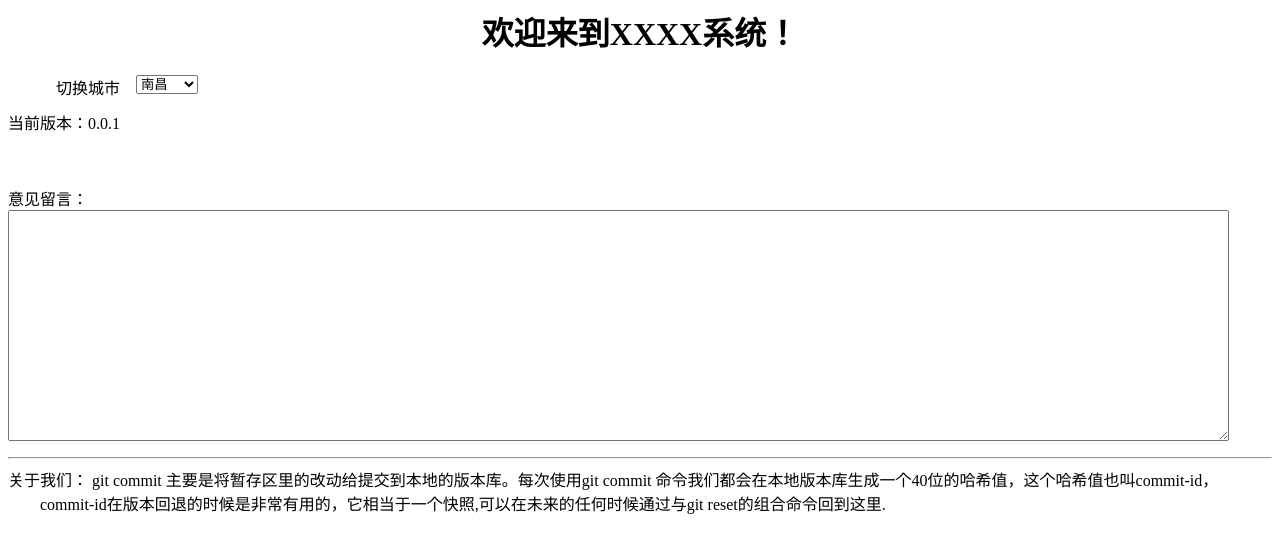
Repository: never-404/Intelligent-recommendation-system
Page: http://localhost/Intelligent-recommendation-system/mine.jsp
These files come from the project's save history. The page is drawn as it stood at one moment and after the next save; the edit follows.
The browser window is 1280 px wide. The pictures show the whole page.
The page is served by Tomcat 9. Nobody is signed in. The application's start-up code is not run.

Above is the page before, as saved 2019-04-12 10:05:30.

After the next save:
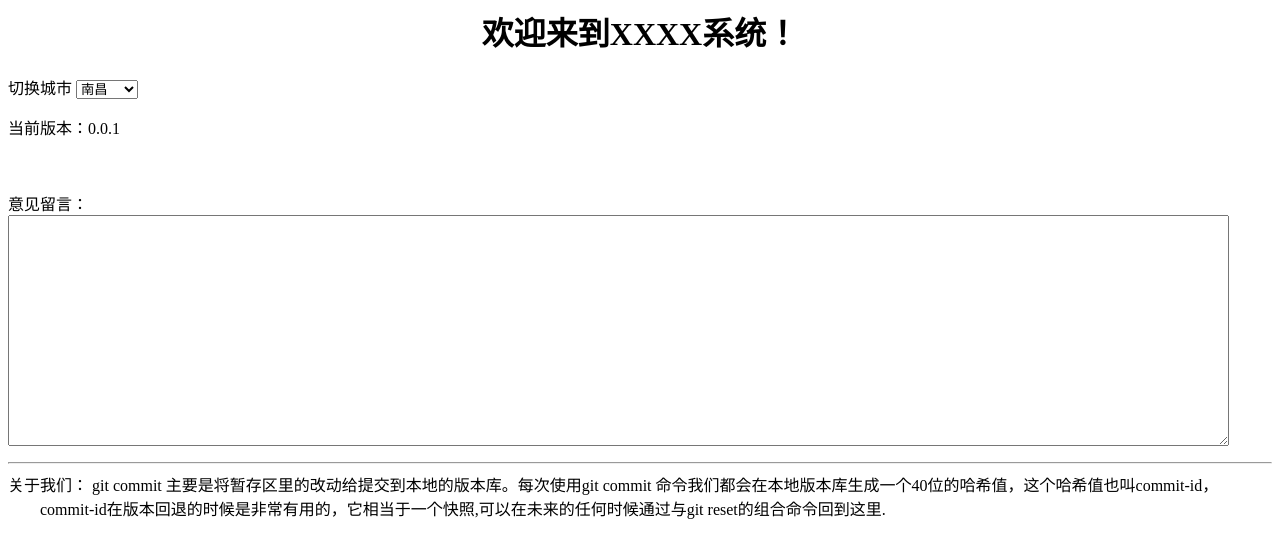
Saved 13 s later.
--- a/Intelligent-recommendation-system/WebRoot/mine.jsp
+++ b/Intelligent-recommendation-system/WebRoot/mine.jsp
@@ -34,7 +34,7 @@
 
 	<h1>欢迎来到XXXX系统！</h1>
 
-    	<lable>切换城市</lable>
+    	切换城市
     	<select>
     		<option>南昌</option>
     		<option>北京</option>
